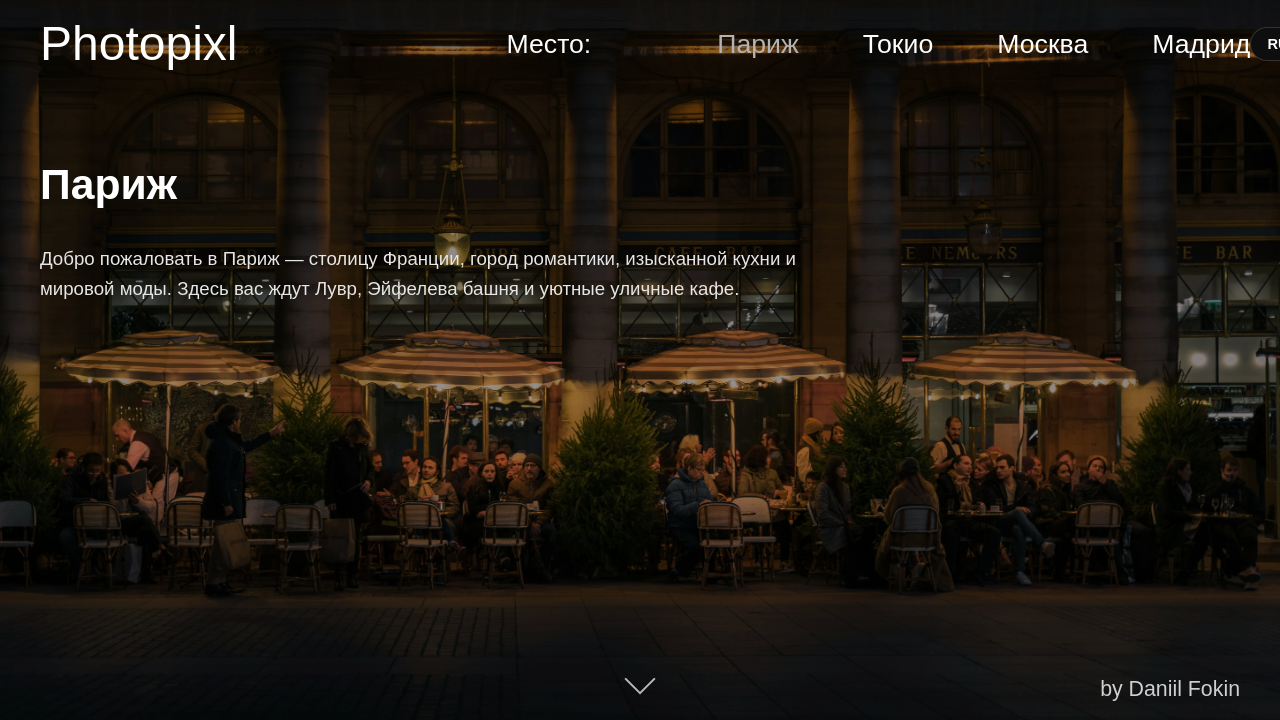
Repository: git-daniil/place-site
Page: index.html
These files come from the project's save history. The page is drawn as it stood at one moment and after a run of saves; the edit follows.
The browser window is 1280 px wide. The pictures show the whole page.
Some web fonts or font styles are not loaded; a fallback is used.

Above is the page before, as saved 2026-05-20 14:35:34.

### index.html
<!DOCTYPE html>
<html lang="ru">
<head>
    <meta charset="UTF-8">
    <meta name="viewport" content="width=device-width, initial-scale=1.0">
    <title>Photopixl — Paris</title>
    <link rel="stylesheet" href="style.css">
    <script src="translations.js"></script>
</head>
<body class="paris-page">

    <div class="progress-bar-container">
        <div class="progress-bar"></div>
        <div class="preloader-center-text">
            <div class="preloader-logo">Photopixl</div>
            <div class="preloader-author">by Daniil Fokin</div>
        </div>
    </div>

    <div class="author-label">by Daniil Fokin</div>

    <div class="page-wrapper">
        <nav class="navbar">
            <a href="index.html" class="logo">Photopixl</a>
            <div class="place-label" data-lang="place">Место:</div>
            <div class="nav-links">
                <a href="index.html" class="city-link active" data-lang="paris">Париж</a>
                <a href="tokio.html" class="city-link" data-lang="tokio">Токио</a>
                <a href="moscow.html" class="city-link" data-lang="moscow">Москва</a>
                <a href="madrid.html" class="city-link" data-lang="madrid">Мадрид</a>
            </div>

            <div class="lang-selector">
                <div class="lang-current">RU</div>
                <div class="lang-dropdown">
                    <div class="lang-option active" data-value="ru">RU</div>
                    <div class="lang-option" data-value="en">EN</div>
                </div>
            </div>
        </nav>

        <section class="paris-bg-1 scroll-section" data-slide="0">
            <main class="content-section anim-text">
                <h1 data-field="h1">Париж</h1>
                <p data-field="p">Добро пожаловать в Париж — столицу Франции, город романтики, изысканной кухни и мировой моды. Здесь вас ждут Лувр, Эйфелева башня и уютные уличные кафе.</p>
            </main>
            <div class="scroll-hint">
                <div class="arrow"></div>
            </div>
        </section>

        <section class="paris-bg-2 scroll-section" data-slide="1">
            <main class="content-section anim-text">
                <h1 data-field="h1">Атмосфера старого города</h1>
                <p data-field="p">Прогуляйтесь по Монмартру, загляните в аутентичные дворики и пройдитесь по тихим мощеным улочкам, где до сих пор витает дух старого Парижа и пахнет свежими круассанами.</p>
            </main>
        </section>

        <section class="paris-bg-3 scroll-section" data-slide="2">
            <main class="content-section anim-text">
                <h1 data-field="h1">Вечерние огни Сены</h1>
                <p data-field="p">Когда на город опускаются сумерки, тысячи огней отражаются в воде. Прогулка на речном трамвайчике откроет для вас совершенно другой, магический Париж.</p>
            </main>
        </section>

        <section class="paris-bg-4 scroll-section" data-slide="3">
            <main class="content-section anim-text">
                <h1 data-field="h1">Сокровища Лувра</h1>
                <p data-field="p">Один из крупнейших и величайших музеев мира хранит в себе шедевры искусства разных эпох. Проведите день среди великой истории, архитектуры и бессмертных творений.</p>
            </main>
        </section>

        <section class="paris-bg-5 scroll-section" data-slide="4">
            <main class="content-section anim-text">
                <h1 data-field="h1">Триумфальная арка</h1>
                <p data-field="p">Величественный монумент на площади Шарля де Голля, ставший символом побед и национальной гордости Франции. Отсюда откроется один из лучших видов на Елисейские поля.</p>
            </main>
        </section>

        <section class="paris-bg-6 scroll-section" data-slide="5">
            <main class="content-section anim-text">
                <h1 data-field="h1">Эйфелева башня</h1>
                <p data-field="p">Главный и самый узнаваемый символ не только Парижа, но и всей Франции. Её изящный силуэт восхищает в любое время суток, а вечерняя иллюминация создает ощущение настоящей сказки.</p>
            </main>
        </section>

        <section class="paris-bg-7 scroll-section" data-slide="6">
            <main class="content-section anim-text">
                <h1 data-field="h1">Парижский туман</h1>
                <p data-field="p">Загадочные окутанные дымкой улочки раскрывают меланхоличную и кинематографичную сторону города. В такие моменты Париж кажется особенно уединенным и поэтичным.</p>
            </main>
        </section>

        <section class="paris-bg-8 scroll-section thanks-section" data-slide="7">
            <div class="thanks-text anim-text" data-field="h1">
                À bientôt, Paris
            </div>
        </section>
    </div>

    <script {nonce}>
        window.addEventListener('DOMContentLoaded', function() {
            setTimeout(() => {
                document.querySelector('.preloader-logo').classList.add('show');
            }, 300);

            setTimeout(() => {
                document.querySelector('.preloader-author').classList.add('show');
            }, 900);
        });

        window.addEventListener('load', function() {
            const progressBar = document.querySelector('.progress-bar');
            const pageWrapper = document.querySelector('.page-wrapper');
            const progressContainer = document.querySelector('.progress-bar-container');

            progressBar.style.width = '100%';

            setTimeout(() => {
                progressContainer.style.opacity = '0';
                pageWrapper.classList.add('loaded');

                setTimeout(() => {
                    progressContainer.style.display = 'none';
                }, 600);
            }, 2200);
        });

        const langSelector = document.querySelector('.lang-selector');
        const langCurrent = document.querySelector('.lang-current');
        const langOptions = document.querySelectorAll('.lang-option');

        if (langSelector) {
            langSelector.addEventListener('click', function(e) {
                e.stopPropagation();
                this.classList.toggle('open');
            });
        }

        document.addEventListener('click', function() {
            if (langSelector) langSelector.classList.remove('open');
        });

        langOptions.forEach(option => {
            option.addEventListener('click', function(e) {
                e.stopPropagation();
                const lang = this.getAttribute('data-value');

                langOptions.forEach(opt => opt.classList.remove('active'));
                this.classList.add('active');
                langCurrent.textContent = lang.toUpperCase();
                langSelector.classList.remove('open');

                changeLanguage(lang);
            });
        });

        function changeLanguage(lang) {
            document.querySelectorAll('[data-lang]').forEach(elem => {
                const key = elem.getAttribute('data-lang');
                if (translations[lang][key]) {
                    elem.textContent = translations[lang][key];
                }
            });

            document.querySelectorAll('[data-slide]').forEach(slide => {
                const slideIndex = slide.getAttribute('data-slide');
                const slideData = translations[lang].slides[slideIndex];

                if (slideData) {
                    const h1 = slide.querySelector('[data-field="h1"]');
                    const p = slide.querySelector('[data-field="p"]');
                    if (h1) h1.textContent = slideData.h1;
                    if (p) p.textContent = slideData.p;
                }
            });
        }

        let currentSection = 0;
        const sections = document.querySelectorAll('.scroll-section');
        let isScrolling = false;

        window.addEventListener('wheel', function(e) {
            if (!document.body.classList.contains('paris-page')) return;
            if (!document.querySelector('.page-wrapper').classList.contains('loaded')) {
                e.preventDefault();
                return;
            }

            e.preventDefault();

            if (isScrolling) return;
            if (Math.abs(e.deltaY) < 60) return;

            isScrolling = true;

            if (e.deltaY > 0) {
                if (currentSection < sections.length - 1) currentSection++;
            } else {
                if (currentSection > 0) currentSection--;
            }

            sections[currentSection].scrollIntoView({ behavior: 'smooth' });

            const scrollHint = document.querySelector('.scroll-hint');
            if (scrollHint && currentSection > 0) {
                scrollHint.classList.add('hide');
            } else if (scrollHint && currentSection === 0) {
                scrollHint.classList.remove('hide');
            }

            setTimeout(() => {
                isScrolling = false;
            }, 1000);
        }, { passive: false });

        const observer = new IntersectionObserver((entries) => {
            entries.forEach(entry => {
                if (entry.isIntersecting) {
                    entry.target.classList.add('visible');
                } else {
                    entry.target.classList.remove('visible');
                }
            });
        }, { threshold: 0.3 });

        document.querySelectorAll('.anim-text').forEach(text => {
            observer.observe(text);
        });
    </script>

</body>
</html>

### style.css
@font-face {
    font-family: 'Gilroy-Regular';
    src: local('Gilroy-Regular'), url('fonts/Gilroy-Regular.woff2') format('woff2');
    font-weight: normal;
    font-style: normal;
}
@font-face {
    font-family: 'Seenonim';
    src: local('Seenonim'), url('fonts/Seenonim.woff2') format('woff2');
    font-weight: normal;
    font-style: normal;
}

body {
    margin: 0;
    padding: 0;
    background-color: #ffffff;
    font-family: Arial, sans-serif;
}

body.paris-page {
    height: 100vh;
    overflow: hidden;
    background-color: #111111;
}

.progress-bar-container {
    position: fixed;
    top: 0;
    left: 0;
    width: 100%;
    height: 100vh;
    background-color: #111111;
    z-index: 100;
    transition: opacity 0.6s ease-in-out;
    display: flex;
    flex-direction: column;
    justify-content: center;
    align-items: center;
}

.progress-bar {
    position: absolute;
    top: 0;
    left: 0;
    width: 0%;
    height: 3px;
    background-color: #ffffff;
    transition: width 2s cubic-bezier(0.22, 1, 0.36, 1);
}

.preloader-center-text {
    text-align: center;
    color: #ffffff;
}

.preloader-logo {
    font-family: 'Gilroy-Regular', sans-serif;
    font-size: 48pt;
    margin-bottom: 15px;
    line-height: 1;
    opacity: 0;
    transform: translateY(15px);
    transition: opacity 1s ease, transform 1s ease;
}

.preloader-logo.show {
    opacity: 1;
    transform: translateY(0);
}

.preloader-author {
    font-family: 'Seenonim', sans-serif;
    font-size: 18pt;
    line-height: 1;
    opacity: 0;
    transform: translateY(10px);
    transition: opacity 1s ease, transform 1s ease;
}

.preloader-author.show {
    opacity: 0.8;
    transform: translateY(0);
}

.page-wrapper {
    height: auto;
}

body.paris-page .page-wrapper {
    opacity: 0;
    transition: opacity 1.2s ease-in-out;
    height: 100vh;
    overflow: hidden;
}

body.paris-page .page-wrapper.loaded {
    opacity: 1;
}

.navbar {
    display: flex;
    align-items: center;
    background: none;
    padding: 20px 40px;
}

body.paris-page .navbar {
    position: fixed;
    top: 0;
    left: 0;
    right: 0;
    z-index: 10;
}

.logo {
    font-family: 'Gilroy-Regular', sans-serif;
    font-size: 36pt;
    color: #000000;
    line-height: 1;
    text-decoration: none;
}

body.paris-page .logo {
    color: #ffffff;
}

.place-label {
    font-family: 'Seenonim', sans-serif;
    font-size: 20pt;
    color: #000000;
    margin-left: 269px;
    line-height: 1;
}

body.paris-page .place-label {
    color: #ffffff;
}

.nav-links {
    display: flex;
    margin-left: 126px;
}

.city-link {
    font-family: 'Seenonim', sans-serif;
    font-size: 20pt;
    color: #000000;
    text-decoration: none;
    line-height: 1;
}

body.paris-page .city-link {
    color: #ffffff;
}

.city-link.active {
    color: #8c8c8c;
}

body.paris-page .city-link.active {
    color: #b3b3b3;
}

.city-link:not(:last-child) {
    margin-right: 64px;
}

.lang-selector {
    position: relative;
    margin-left: auto;
    cursor: pointer;
    user-select: none;
    font-family: Arial, sans-serif;
}

.lang-current {
    font-size: 11pt;
    font-weight: bold;
    color: #ffffff;
    padding: 8px 16px;
    background-color: #0e0e0e;
    border: 1px solid rgba(255, 255, 255, 0.15);
    border-radius: 20px;
    transition: background-color 0.2s ease;
}

.lang-selector:hover .lang-current {
    background-color: #262626;
}

.lang-dropdown {
    position: absolute;
    top: calc(100% + 6px);
    right: 0;
    background-color: #1a1a1a;
    border: 1px solid rgba(255, 255, 255, 0.15);
    border-radius: 12px;
    min-width: 54px;
    display: flex;
    flex-direction: column;
    opacity: 0;
    visibility: hidden;
    transform: translateY(-8px);
    transition: all 0.25s ease-in-out;
    box-shadow: 0 4px 15px rgba(0, 0, 0, 0.6);
    overflow: hidden;
}

.lang-selector.open .lang-dropdown {
    opacity: 1;
    visibility: visible;
    transform: translateY(0);
}

.lang-option {
    font-size: 10pt;
    font-weight: bold;
    color: rgba(255, 255, 255, 0.5);
    padding: 8px 0;
    text-align: center;
    transition: background-color 0.2s ease, color 0.2s ease;
}

.lang-option:hover {
    background-color: #262626;
    color: #ffffff;
}

.lang-option.active {
    color: #ffffff;
    background-color: #222222;
}

.author-label {
    font-family: 'Seenonim', sans-serif;
    font-size: 16pt;
    color: #000000;
    line-height: 1;
}

body.paris-page .author-label {
    position: fixed;
    bottom: 20px;
    right: 40px;
    color: #ffffff;
    opacity: 0.8;
    z-index: 10;
}

body.paris-page .page-wrapper:not(.loaded) ~ .author-label {
    opacity: 0;
}

.content-section {
    padding: 60px 40px;
}

.content-section h1 {
    font-size: 32pt;
    margin-top: 0;
    font-family: 'Gilroy-Regular', sans-serif;
    color: #000000;
}

body.paris-page .content-section h1 {
    color: #ffffff;
}

.content-section p {
    font-size: 14pt;
    color: #333333;
    line-height: 1.6;
    max-width: 800px;
}

body.paris-page .content-section p {
    color: #e6e6e6;
}

.scroll-section {
    position: relative;
    background-size: cover;
    background-position: center;
    background-repeat: no-repeat;
    background-attachment: fixed;
    height: 100vh;
    padding-top: 100px;
    box-sizing: border-box;
}

.paris-bg-1 {
    background-image: linear-gradient(rgba(0, 0, 0, 0.4), rgba(0, 0, 0, 0.4)), url('assets/photo/paris/paris-bg.webp');
}

.paris-bg-2 {
    background-image: linear-gradient(rgba(0, 0, 0, 0.4), rgba(0, 0, 0, 0.4)), url('assets/photo/paris/paris1.webp');
}

.paris-bg-3 {
    background-image: linear-gradient(rgba(0, 0, 0, 0.4), rgba(0, 0, 0, 0.4)), url('assets/photo/paris/paris2.webp');
}

.paris-bg-4 {
    background-image: linear-gradient(rgba(0, 0, 0, 0.4), rgba(0, 0, 0, 0.4)), url('assets/photo/paris/paris3.webp');
}

.paris-bg-5 {
    background-image: linear-gradient(rgba(0, 0, 0, 0.4), rgba(0, 0, 0, 0.4)), url('assets/photo/paris/paris4.webp');
}

.paris-bg-6 {
    background-image: linear-gradient(rgba(0, 0, 0, 0.4), rgba(0, 0, 0, 0.4)), url('assets/photo/paris/paris5.webp');
}

.paris-bg-7 {
    background-image: linear-gradient(rgba(0, 0, 0, 0.4), rgba(0, 0, 0, 0.4)), url('assets/photo/paris/paris6.webp');
}

.paris-bg-8 {
    background-image: linear-gradient(rgba(0, 0, 0, 0.5), rgba(0, 0, 0, 0.5)), url('assets/photo/paris/paris7.webp');
}

.thanks-section {
    display: flex;
    justify-content: center;
    align-items: center;
    padding-top: 0;
}

.thanks-text {
    font-family: 'Gilroy-Regular', sans-serif;
    font-size: 48pt;
    color: #ffffff;
    text-align: center;
}

.scroll-hint {
    position: absolute;
    bottom: 30px;
    left: 50%;
    transform: translateX(-50%);
    display: flex;
    justify-content: center;
    align-items: center;
    transition: opacity 0.5s ease;
    pointer-events: none;
}

.scroll-hint.hide {
    opacity: 0;
}

.arrow {
    width: 20px;
    height: 20px;
    border-right: 2px solid rgba(255, 255, 255, 0.7);
    border-bottom: 2px solid rgba(255, 255, 255, 0.7);
    transform: rotate(45deg);
    animation: bounceArrow 2s infinite;
}

@keyframes bounceArrow {
    0%, 20%, 50%, 80%, 100% {
        transform: translateY(0) rotate(45deg);
    }
    40% {
        transform: translateY(-10px) rotate(45deg);
    }
    60% {
        transform: translateY(-5px) rotate(45deg);
    }
}

.anim-text {
    opacity: 0;
    transform: translateY(40px);
    transition: opacity 1s ease, transform 1s ease;
    transition-delay: 0.4s;
}

.anim-text.visible {
    opacity: 1;
    transform: translateY(0);
}

::selection {
    background-color: rgba(28, 28, 28, 1);
    color: #ffffff;
}

### translations.js
const translations = {
    ru: {
        place: "Место:",
        paris: "Париж",
        tokio: "Токио",
        moscow: "Москва",
        madrid: "Мадрид",
        slides: [
            {
                h1: "Париж",
                p: "Добро пожаловать в Париж — столицу Франции, город романтики, изысканной кухни и мировой моды. Здесь вас ждут Лувр, Эйфелева башня и уютные уличные кафе."
            },
            {
                h1: "Атмосфера старого города",
                p: "Прогуляйтесь по Монмартру, загляните в аутентичные дворики и пройдитесь по тихим мощеным улочкам, где до сих пор витает дух старого Парижа и пахнет свежими круассанами."
            },
            {
                h1: "Вечерние огни Сены",
                p: "Когда на город опускаются сумерки, тысячи огней отражаются в воде. Прогулка на речном трамвайчике откроет для вас совершенно другой, магический Париж."
            },
            {
                h1: "Сокровища Лувра",
                p: "Один из крупнейших и величайших музеев мира хранит в себе шедевры искусства разных эпох. Проведите день среди великой истории, архитектуры и бессмертных творений."
            },
            {
                h1: "Триумфальная арка",
                p: "Величественный монумент на площади Шарля де Голля, ставший символом побед и национальной гордости Франции. Отсюда откроется один из лучших видов на Елисейские поля."
            },
            {
                h1: "Эйфелева башня",
                p: "Главный и самый узнаваемый символ не только Парижа, но и всей Франции. Её изящный силуэт восхищает в любое время суток, а вечерняя иллюминация создает ощущение настоящей сказки."
            },
            {
                h1: "Парижский туман",
                p: "Загадочные окутанные дымкой улочки раскрывают меланхоличную и кинематографичную сторону города. В такие моменты Париж кажется особенно уединенным и поэтичным."
            },
            {
                h1: "À bientôt, Paris",
                p: ""
            }
        ]
    },
    en: {
        place: "Place:",
        paris: "Paris",
        tokio: "Tokyo",
        moscow: "Moscow",
        madrid: "Madrid",
        slides: [
            {
                h1: "Paris",
                p: "Welcome to Paris — the capital of France, a city of romance, fine dining, and global fashion. Here, the Louvre, Eiffel Tower, and cozy street cafes await you."
            },
            {
                h1: "Old Town Atmosphere",
                p: "Stroll through Montmartre, explore authentic courtyards, and walk along quiet cobblestone streets where the spirit of old Paris still lingers and the aroma of fresh croissants fills the air."
            },
            {
                h1: "Evening Lights of the Seine",
                p: "As dusk falls over the city, thousands of lights reflect in the water. A river cruise will reveal a completely different, magical Paris to you."
            },
            {
                h1: "Treasures of the Louvre",
                p: "One of the world's largest and greatest museums holds masterpieces of art from various eras. Spend a day surrounded by great history, architecture, and timeless creations."
            },
            {
                h1: "Arc de Triomphe",
                p: "A majestic monument on the Place Charles de Gaulle, a symbol of victories and French national pride. It offers one of the best views of the Champs-Élysées."
            },
            {
                h1: "Eiffel Tower",
                p: "The main and most recognizable symbol of not only Paris but all of France. Its elegant silhouette inspires at any time of day, and the evening illumination creates a true fairytale feeling."
            },
            {
                h1: "Parisian Fog",
                p: "Mysterious streets shrouded in mist reveal the melancholic and cinematic side of the city. In these moments, Paris feels uniquely secluded and poetic."
            },
            {
                h1: "À bientôt, Paris",
                p: ""
            }
        ]
    }
};

After the next 2 saves:
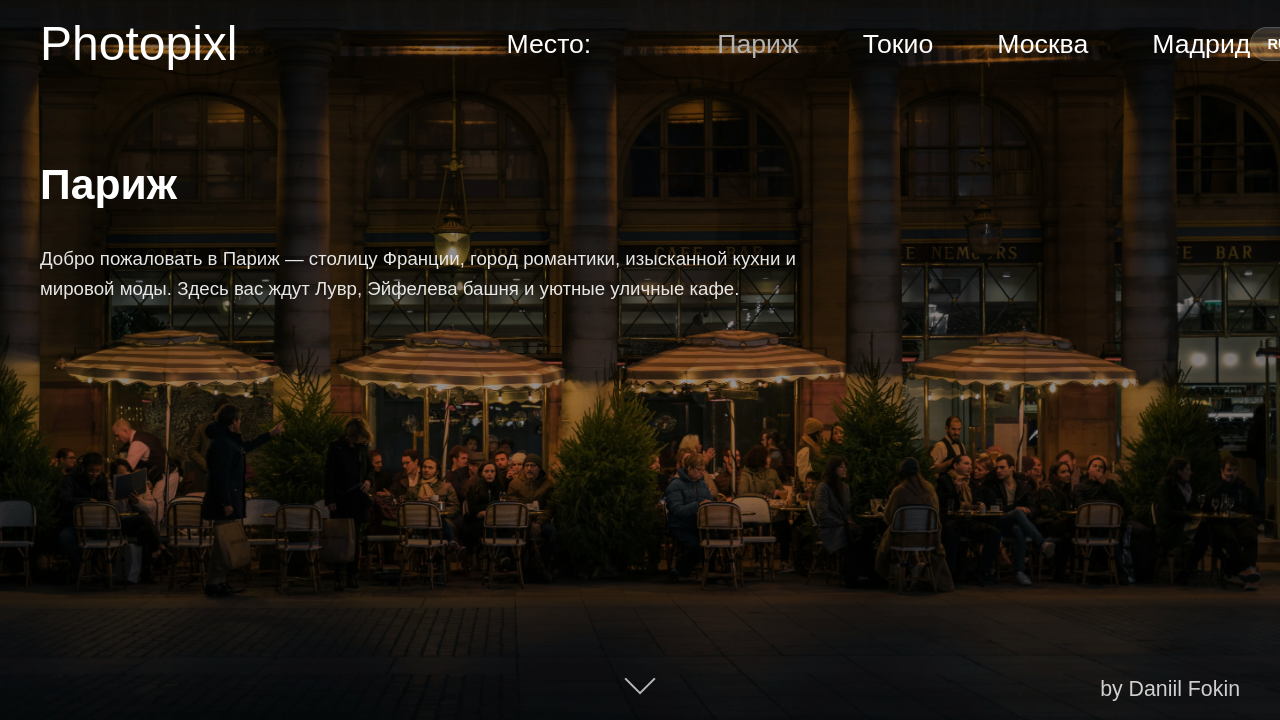
The 2 saves are shown as one change because they came seconds apart.
The last was saved 54 s later.
--- a/style.css
+++ b/style.css
@@ -179,7 +179,7 @@ body.paris-page .city-link.active {
     font-weight: bold;
     color: #ffffff;
     padding: 8px 16px;
-    background-color: #0e0e0e;
+    background-color: rgba(255, 255, 255, 0.15);
     border: 1px solid rgba(255, 255, 255, 0.15);
     border-radius: 20px;
     transition: background-color 0.2s ease;
